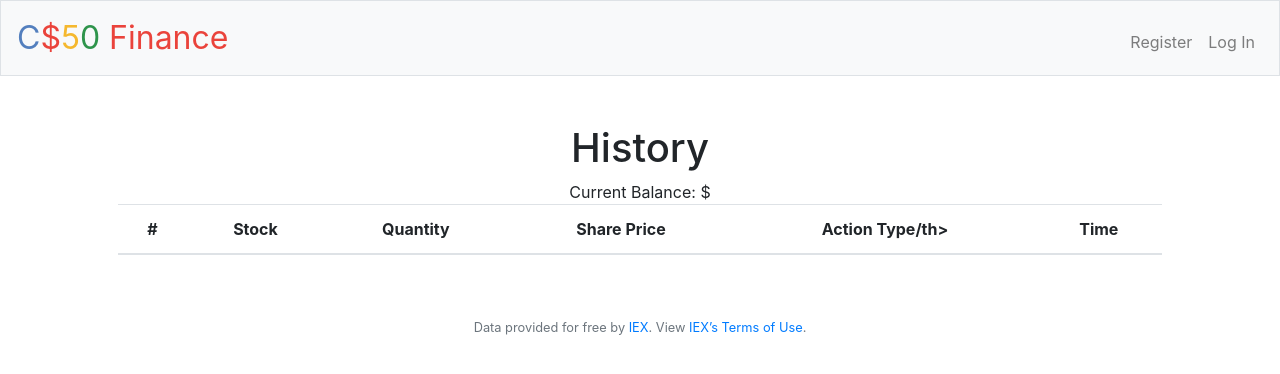
Repository: mskurnickcode/coupleDo
Page: finance/templates/history.html
The author's editor kept a record of every edit. The page is drawn from the files as they stood at one moment, then again after the next edit.
The browser window is 1280 px wide. The pictures show the whole page.
The template is drawn by Flask 3. The application's start-up code is not run. The template is opened directly, without the code that normally fills it, so the values that code supplies are empty.

Above is the page before.

After the next edit:
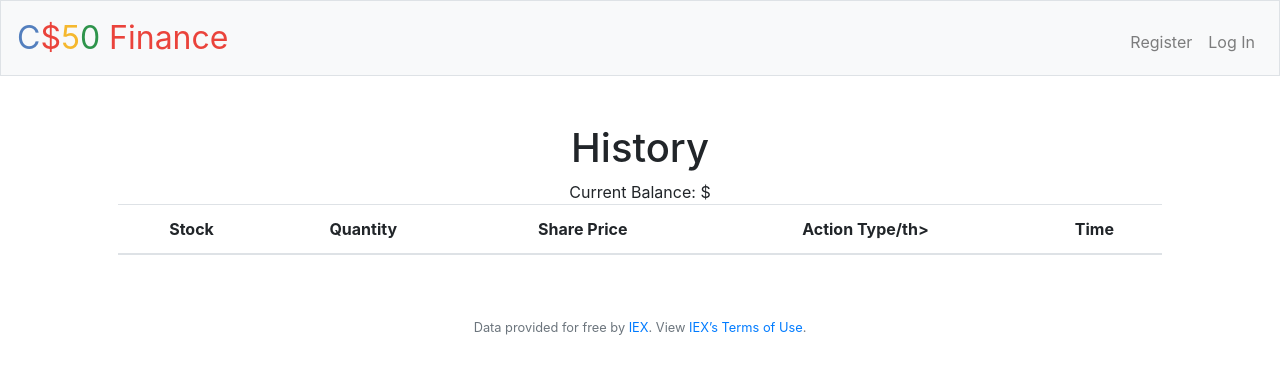
The edit:
--- a/ubuntu/finance/templates/history.html
+++ b/ubuntu/finance/templates/history.html
@@ -11,7 +11,6 @@
                  <table class="table">
                       <thead>
                         <tr>
-                          <th scope="col">#</th>
                           <th scope="col">Stock</th>
                           <th scope="col">Quantity</th>
                           <th scope="col">Share Price</th>
